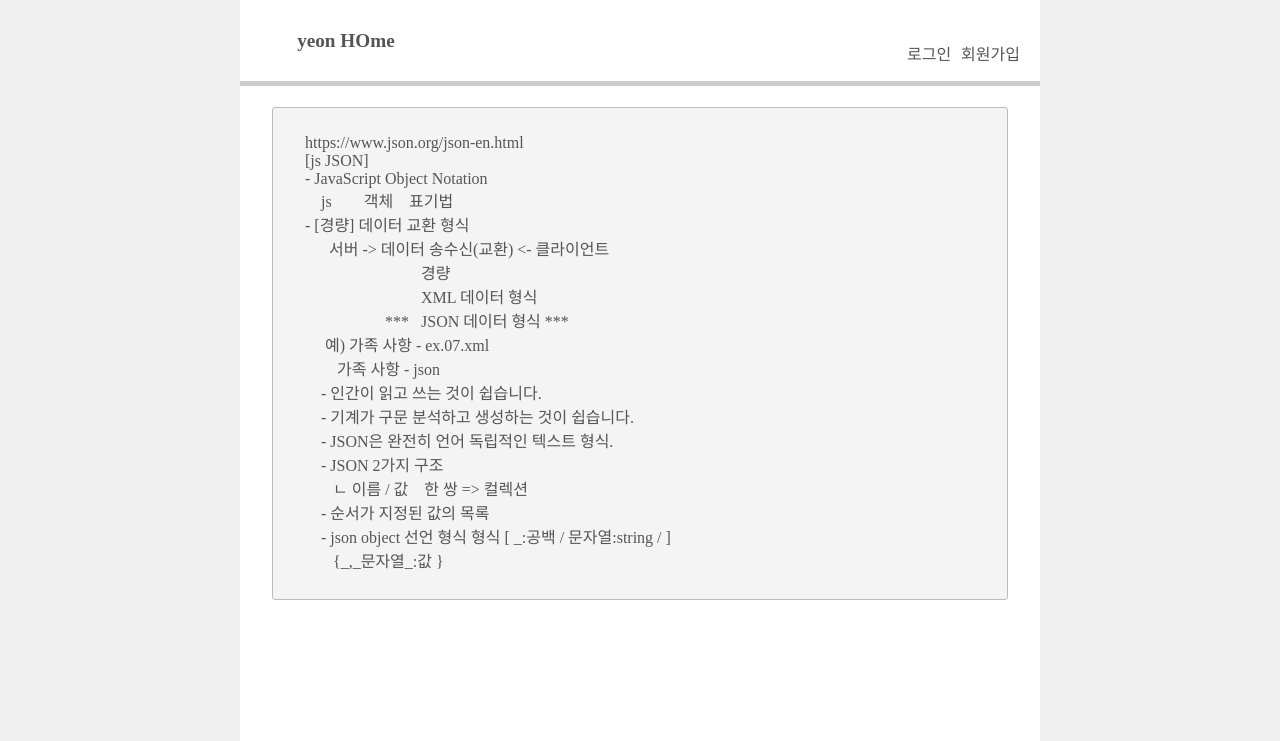
Repository: yeonhwa323/webPro
Page: webPro/src/main/webapp/javascript/days07/ex07.html
These files come from the project's save history. The page is drawn as it stood at one moment and after the next save; the edit follows.
The browser window is 1280 px wide. The pictures show the whole page.
Some web fonts or font styles are not loaded; a fallback is used.

Above is the page before, as saved 2024-04-15 01:39:34.

After the next save:
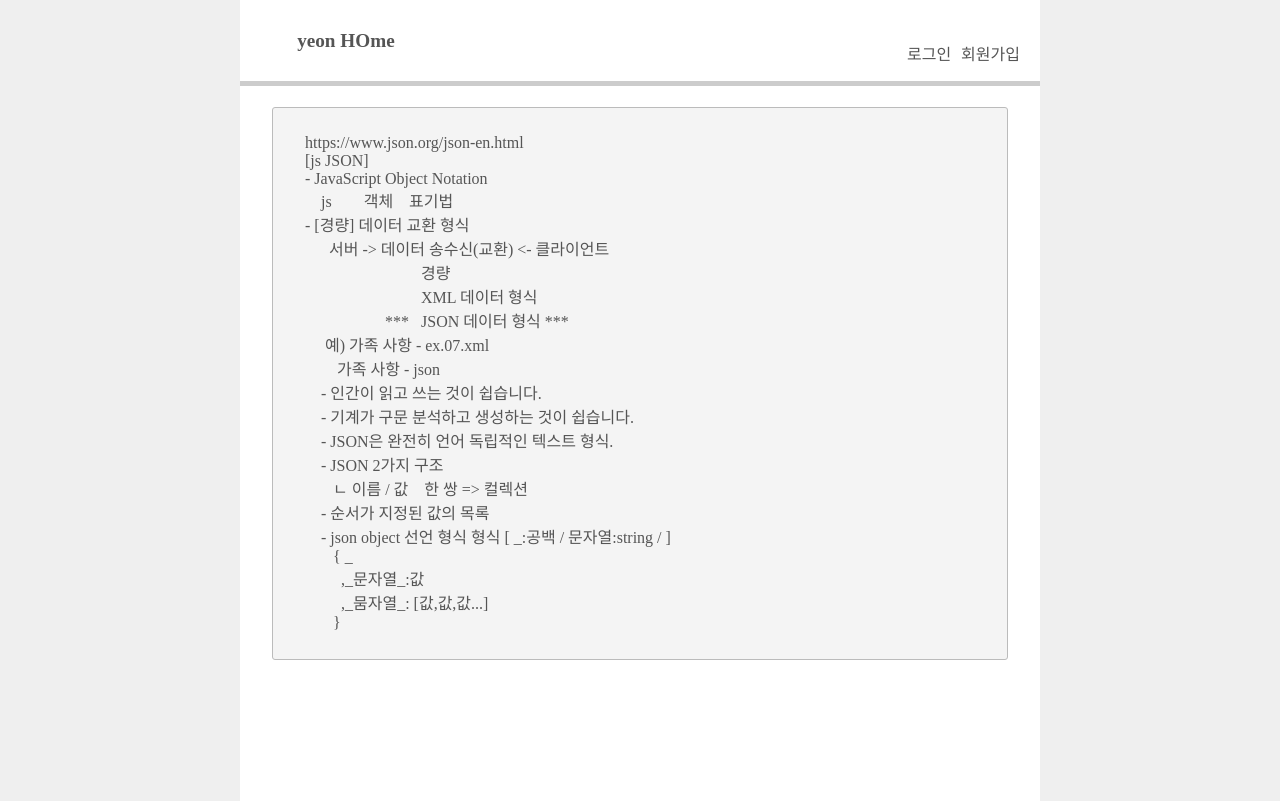
Saved 50 s later.
--- a/webPro/src/main/webapp/javascript/days07/ex07.html
+++ b/webPro/src/main/webapp/javascript/days07/ex07.html
@@ -42,7 +42,10 @@
 	   ㄴ 이름 / 값    한 쌍 => 컬렉션
 	- 순서가 지정된 값의 목록
 	- json object 선언 형식 형식 [ _:공백 / 문자열:string / ]
-	   {_,_문자열_:값 }
+	   { _
+	     ,_문자열_:값
+	     ,_뭄자열_: [값,값,값...]
+	   }
   </xmp>
 </div>
 </body>
